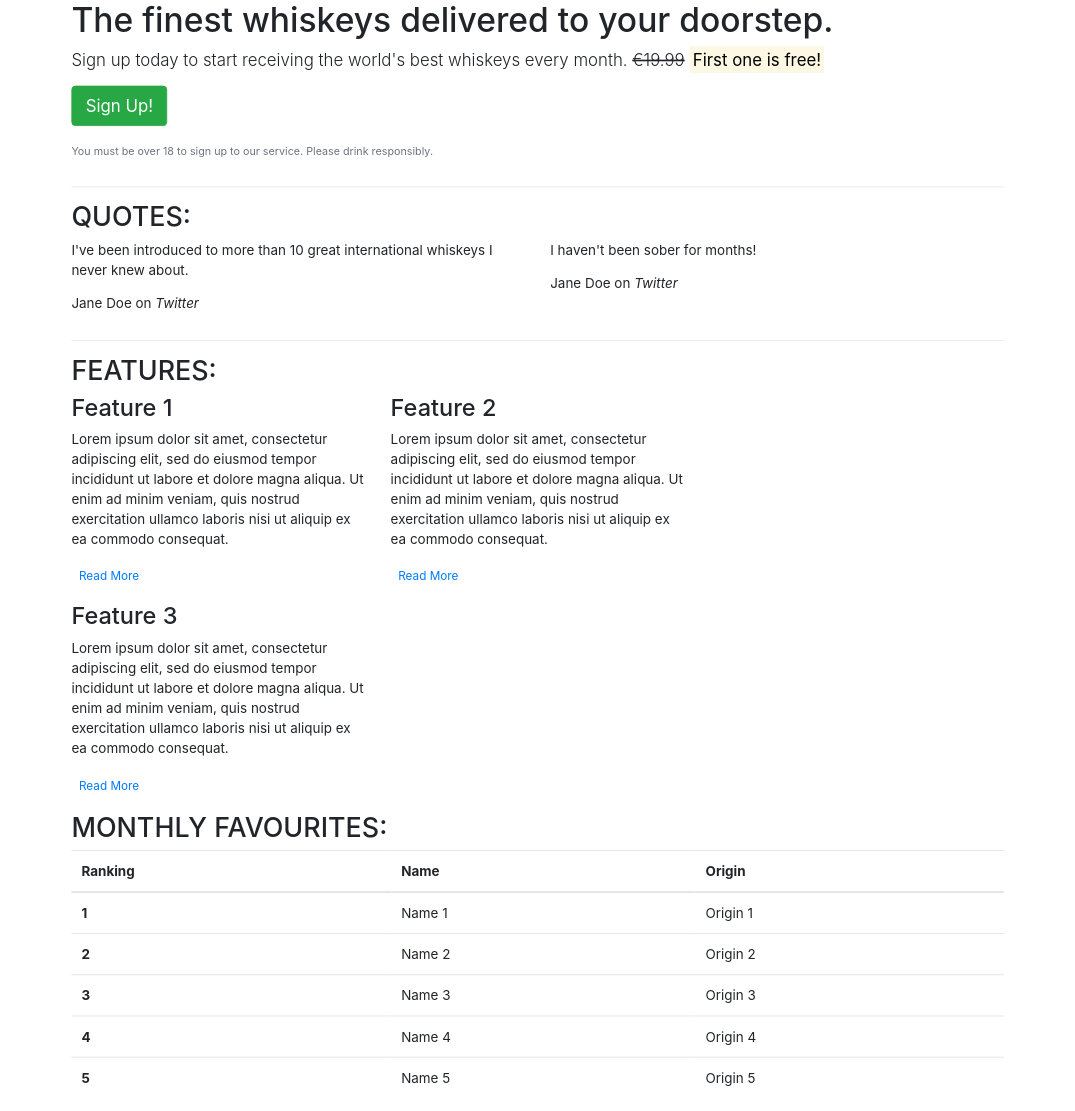
Repository: ElaineArchbold/bootstrap_landing_page1
Page: index.html
The author's editor kept a record of every edit. The page is drawn from the files as they stood at one moment, then again after the next edit.
The browser window is 1280 px wide. The pictures show the whole page, at 84% of full size.

Above is the page before.

After the next edit:
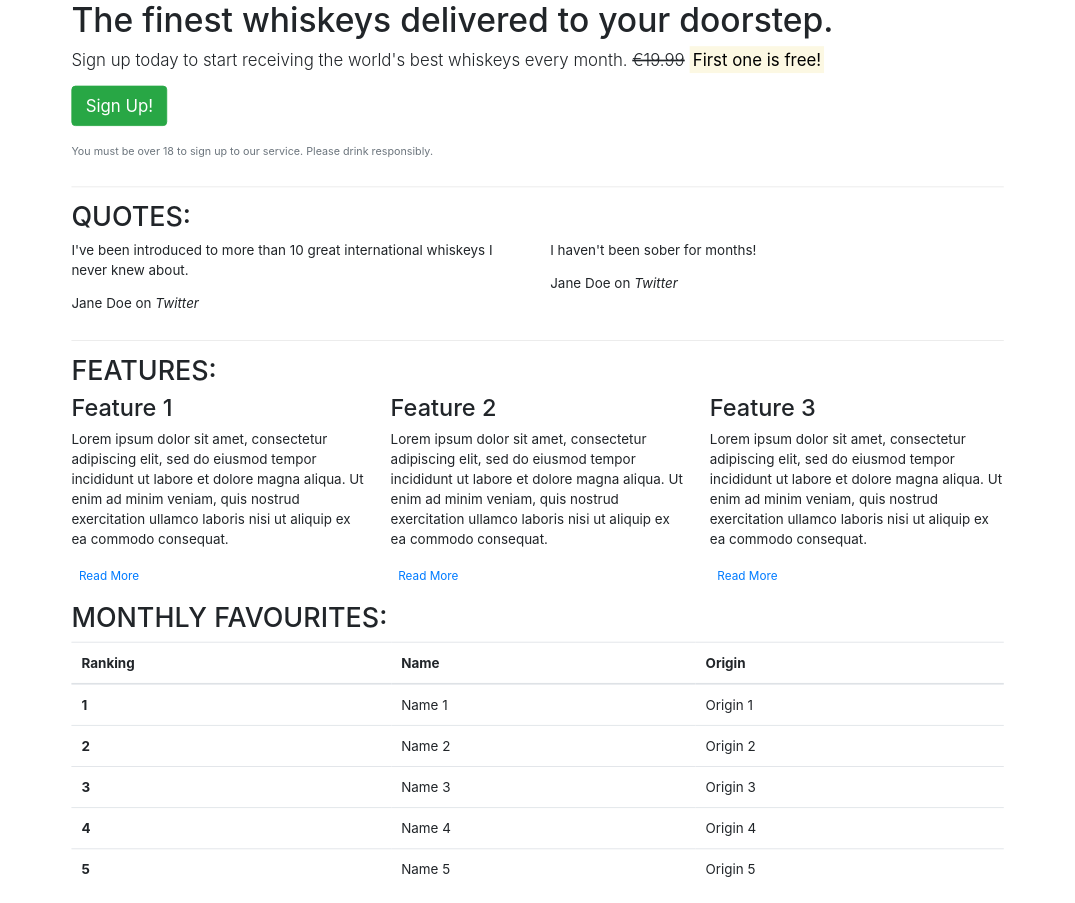
The edit:
--- a/index.html
+++ b/index.html
@@ -73,8 +73,9 @@
                         <p><a class="btn btn-sm btn-default" href="">Read More</a></p>
                     </div>
                 </div>
+                <div class="col-12 d-md-none d-lg-block col-lg-4">
                 <div class="feature">
-                    <div class="col-12 d-md-none d-lg-block col-lg-4">
+
                         <!-- d-md-none on a medium screen, this wont be displayed -->
                         <!--d-lg-block and col-lg-4 make this display on large screens-->
                         <h3>Feature 3</h3>
